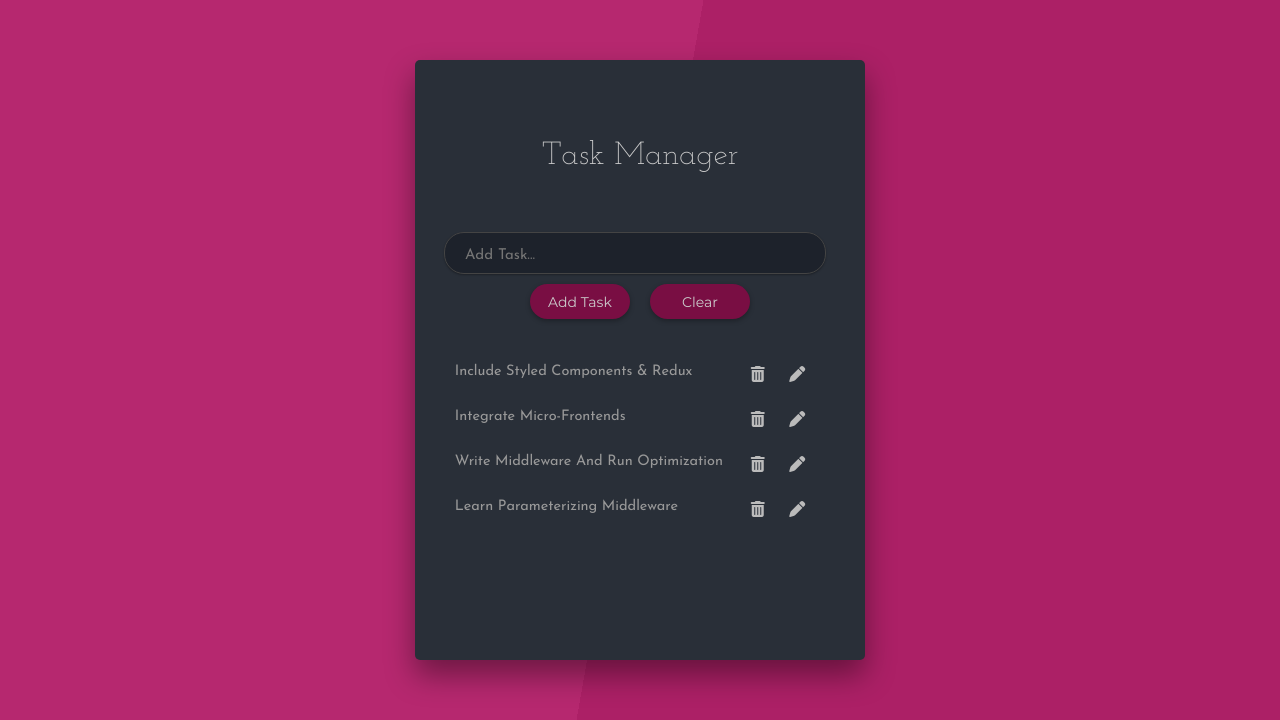
Repository: Kol124/react-task-manager
Page: /
The author's editor kept a copy of each file at every save. The page is drawn from the files as they stood at one save, then again after the next save.
The browser window is 1280 px wide. The pictures show the whole page.
Some web libraries are served in a nearby version. The project was rebuilt for these pictures with package versions that can differ from the ones it lists, and the page was loaded fresh each time.

Above is the page before, as saved 2021-06-21 18:58:21.

### public/index.html
<!DOCTYPE html>
<html lang="en">
  <head>
    <meta charset="utf-8" />
    <link rel="icon" href="%PUBLIC_URL%/favicon.ico" />
    <meta name="viewport" content="width=device-width, initial-scale=1" />
    <meta name="theme-color" content="#000000" />
    <meta
      name="description"
      content="Web site created using create-react-app"
    />
    <link rel="apple-touch-icon" href="%PUBLIC_URL%/logo192.png" />
    <!--
      manifest.json provides metadata used when your web app is installed on a
      user's mobile device or desktop. See https://developers.google.com/web/fundamentals/web-app-manifest/
    -->
    <link rel="manifest" href="%PUBLIC_URL%/manifest.json" />
    <!--
      Notice the use of %PUBLIC_URL% in the tags above.
      It will be replaced with the URL of the `public` folder during the build.
      Only files inside the `public` folder can be referenced from the HTML.

      Unlike "/favicon.ico" or "favicon.ico", "%PUBLIC_URL%/favicon.ico" will
      work correctly both with client-side routing and a non-root public URL.
      Learn how to configure a non-root public URL by running `npm run build`.
    -->
    <title>React App</title>
  </head>
  <body>
    <noscript>You need to enable JavaScript to run this app.</noscript>
    <div id="root"></div>
    <!--
      This HTML file is a template.
      If you open it directly in the browser, you will see an empty page.

      You can add webfonts, meta tags, or analytics to this file.
      The build step will place the bundled scripts into the <body> tag.

      To begin the development, run `npm start` or `yarn start`.
      To create a production bundle, use `npm run build` or `yarn build`.
    -->
  </body>
  <script
    src="https://kit.fontawesome.com/0a37ebcd2b.js"
    crossorigin="anonymous"
  ></script>
</html>

### src/App.js
import "./App.css";
import React from "react";
import Header from "./components/Header";
import TaskForm from "./components/TaskForm";
import TaskList from "./components/TaskList";
import TaskContextProvider from "./context/TaskContext";

function App() {
  return (
    <TaskContextProvider>
      <div className="container">
        <div className="app-wrapper">
          <Header />
          <div className="main">
            <TaskForm />
            <TaskList />
          </div>
        </div>
      </div>
    </TaskContextProvider>
  );
}

export default App;

### src/App.css
@import url("fonts.css");

* {
  margin: 0;
  padding: 0;
}

.container {
  background: linear-gradient(100deg, rgb(182, 40, 111) 50%, #ac2066 0);
  width: 100%;
  height: 100vh;
  display: flex;
  justify-content: center;
  align-items: center;
}

.app-wrapper {
  background-color: #292f38;
  width: 25%;
  min-width: 450px;
  height: 600px;
  padding: 30px;
  box-sizing: border-box;
  border-radius: 5px;
  box-shadow: 0 15px 30px rgba(0, 0, 0, 0.4);
}

.header h1 {
  color: #ccc;
  font-weight: 300;
  text-align: center;
  margin: 50px 20px 60px 20px;
  font-family: "Josefin Slab", serif;
}

.main {
  display: flex;
  flex-direction: column;
  align-items: space-between;
  margin-bottom: 50px;
  width: 100%;
}

.form {
  display: flex;
  flex-direction: column;
  justify-content: center;
  align-items: center;
  margin-bottom: 15px;
}

.list {
  width: 95%;
  margin: auto;
  max-height: 300px;
  overflow: hidden;
  overflow-y: auto;
}

/* width */
::-webkit-scrollbar {
  width: 10px;
}

/* Track */
::-webkit-scrollbar-track {
  border-radius: 10px;
  background-color: #aaa;
}

/* Handle */
::-webkit-scrollbar-thumb {
  background: #444;
  border-radius: 10px;
}

.task-input {
  width: 350px;
  min-width: 250px;
  padding: 15px 10px 10px 20px;
  margin-right: 10px;
  font-family: "Josefin Sans", serif;
  font-size: 15px;
  color: #ccc;
  background-color: #1d222b;
  border: 1px solid #444;
  outline: none;
  border-radius: 20px;
  box-shadow: 0 1px 2px rgba(0, 0, 0, 0.3);
}

.buttons {
  display: flex;
}

.btn {
  margin: 10px;
}

.add-task-btn {
  min-width: 100px;
  background-color: #790e43;
  color: #ccc;
  border: none;
  font-family: "Montserrat", sans-serif;
  font-size: 14px;
  border-radius: 20px;
  box-shadow: 0 2px 5px rgba(0, 0, 0, 0.3);
  outline: none;
  cursor: pointer;
}

.list-item {
  display: flex;
  justify-content: space-between;
  margin: 20px 0;
  padding-bottom: 5px;
}

.list-item span {
  font-family: "Josefin Sans", sans-serif;
  color: #999;
  font-size: 14.5px;
  text-transform: capitalize;
}

.task-btn {
  cursor: pointer;
  background-color: transparent;
  border: none;
  outline: none;
}

.btn-delete i {
  font-size: 16px;
  color: #bbb;
  margin-right: 20px;
}

.btn-edit i {
  font-size: 16px;
  color: #bbb;
  margin-right: 20px;
}

.clear-btn {
  width: 100px;
  height: 35px;
  background-color: #790e43;
  color: #ccc;
  border: none;
  font-family: "Montserrat", sans-serif;
  font-size: 14px;
  border-radius: 20px;
  box-shadow: 0 2px 5px rgba(0, 0, 0, 0.3);
  outline: none;
  cursor: pointer;
}

.no-tasks {
  color: #777;
  text-align: center;
  font-family: "Montserrat", sans-serif;
  margin-top: 20px;
  font-size: 18px;
}

### src/components/Header.js
import React from "react";

const Header = () => {
  return (
    <div className="header">
      <h1>Task Manager</h1>
    </div>
  );
};

export default Header;

### src/components/TaskForm.js
import React, { useState, useContext } from "react";
import { TaskContext } from "../context/TaskContext";

export default function TaskForm() {
  const { dispatch } = useContext(TaskContext);
  const [title, setTitle] = useState("");

  const handleSubmit = (e) => {
    e.preventDefault();
    dispatch({
      type: "ADD_TASK",
      task: {
        title,
      },
    });

    setTitle("");
  };

  const clearTasks = () => {
    dispatch({ type: "CLEAR_TASK" });
  };

  return (
    <form onSubmit={handleSubmit} className="form">
      <input
        type="text"
        placeholder="Add Task..."
        value={title}
        onChange={(e) => setTitle(e.target.value)}
        required
        className="task-input"
      />
      <div className="buttons">
        <button type="submit" className="btn add-task-btn">
          Add Task
        </button>
        <button className="btn clear-btn" onClick={clearTasks}>
          Clear
        </button>
      </div>
    </form>
  );
}

### src/components/TaskList.js
import React, { useContext } from "react";
import { TaskContext } from "../context/TaskContext";
import Task from "./Task";

export default function TaskList() {
  const { tasks } = useContext(TaskContext);

  return (
    <div>
      {tasks.length ? (
        <ul className="list">
          {tasks.map((task) => {
            return <Task task={task} key={task.id} />;
          })}
        </ul>
      ) : (
        <div className="no-tasks">No Tasks</div>
      )}
    </div>
  );
}

### src/context/TaskContext.js
import React, { createContext, useReducer, useEffect } from "react";
import TaskReducer from "../reducer/TaskReducer";

export const TaskContext = createContext();

export default function TaskContextProvider(props) {
  const [tasks, dispatch] = useReducer(TaskReducer, [
    { title: "Include styled components & redux", id: 1 },
    { title: "Integrate Micro-frontends", id: 2 },
    { title: "Write Middleware and run optimization", id: 3 },
    { title: "Learn Parameterizing middleware", id: 4 },
  ]);

  useEffect(() => {
    console.log(tasks);
  });

  return (
    <TaskContext.Provider value={{ tasks, dispatch }}>
      {props.children}
    </TaskContext.Provider>
  );
}

### src/fonts.css
/* josefin-sans-300 - latin */
@font-face {
  font-family: "Josefin Sans";
  font-style: normal;
  font-weight: 300;
  src: url("./fonts/josefin-sans-v17-latin-300.eot"); /* IE9 Compat Modes */
  src: local(""),
    url("./fonts/josefin-sans-v17-latin-300.eot?#iefix")
      format("embedded-opentype"),
    /* IE6-IE8 */ url("./fonts/josefin-sans-v17-latin-300.woff2")
      format("woff2"),
    /* Super Modern Browsers */ url("./fonts/josefin-sans-v17-latin-300.woff")
      format("woff"),
    /* Modern Browsers */ url("./fonts/josefin-sans-v17-latin-300.ttf")
      format("truetype"),
    /* Safari, Android, iOS */
      url("./fonts/josefin-sans-v17-latin-300.svg#JosefinSans") format("svg"); /* Legacy iOS */
}
/* josefin-sans-regular - latin */
@font-face {
  font-family: "Josefin Sans";
  font-style: normal;
  font-weight: 400;
  src: url("./fonts/josefin-sans-v17-latin-regular.eot"); /* IE9 Compat Modes */
  src: local(""),
    url("./fonts/josefin-sans-v17-latin-regular.eot?#iefix")
      format("embedded-opentype"),
    /* IE6-IE8 */ url("./fonts/josefin-sans-v17-latin-regular.woff2")
      format("woff2"),
    /* Super Modern Browsers */
      url("./fonts/josefin-sans-v17-latin-regular.woff") format("woff"),
    /* Modern Browsers */ url("./fonts/josefin-sans-v17-latin-regular.ttf")
      format("truetype"),
    /* Safari, Android, iOS */
      url("./fonts/josefin-sans-v17-latin-regular.svg#JosefinSans")
      format("svg"); /* Legacy iOS */
}
/* josefin-sans-600 - latin */
@font-face {
  font-family: "Josefin Sans";
  font-style: normal;
  font-weight: 600;
  src: url("./fonts/josefin-sans-v17-latin-600.eot"); /* IE9 Compat Modes */
  src: local(""),
    url("./fonts/josefin-sans-v17-latin-600.eot?#iefix")
      format("embedded-opentype"),
    /* IE6-IE8 */ url("./fonts/josefin-sans-v17-latin-600.woff2")
      format("woff2"),
    /* Super Modern Browsers */ url("./fonts/josefin-sans-v17-latin-600.woff")
      format("woff"),
    /* Modern Browsers */ url("./fonts/josefin-sans-v17-latin-600.ttf")
      format("truetype"),
    /* Safari, Android, iOS */
      url("./fonts/josefin-sans-v17-latin-600.svg#JosefinSans") format("svg"); /* Legacy iOS */
}
/* josefin-sans-700 - latin */
@font-face {
  font-family: "Josefin Sans";
  font-style: normal;
  font-weight: 700;
  src: url("./fonts/josefin-sans-v17-latin-700.eot"); /* IE9 Compat Modes */
  src: local(""),
    url("./fonts/josefin-sans-v17-latin-700.eot?#iefix")
      format("embedded-opentype"),
    /* IE6-IE8 */ url("./fonts/josefin-sans-v17-latin-700.woff2")
      format("woff2"),
    /* Super Modern Browsers */ url("./fonts/josefin-sans-v17-latin-700.woff")
      format("woff"),
    /* Modern Browsers */ url("./fonts/josefin-sans-v17-latin-700.ttf")
      format("truetype"),
    /* Safari, Android, iOS */
      url("./fonts/josefin-sans-v17-latin-700.svg#JosefinSans") format("svg"); /* Legacy iOS */
}

/* josefin-slab-300 - latin */
@font-face {
  font-family: "Josefin Slab";
  font-style: normal;
  font-weight: 300;
  src: url("./fonts/josefin-slab-v13-latin-300.eot"); /* IE9 Compat Modes */
  src: local(""),
    url("./fonts/josefin-slab-v13-latin-300.eot?#iefix")
      format("embedded-opentype"),
    /* IE6-IE8 */ url("./fonts/josefin-slab-v13-latin-300.woff2")
      format("woff2"),
    /* Super Modern Browsers */ url("./fonts/josefin-slab-v13-latin-300.woff")
      format("woff"),
    /* Modern Browsers */ url("./fonts/josefin-slab-v13-latin-300.ttf")
      format("truetype"),
    /* Safari, Android, iOS */
      url("./fonts/josefin-slab-v13-latin-300.svg#JosefinSlab") format("svg"); /* Legacy iOS */
}
/* josefin-slab-regular - latin */
@font-face {
  font-family: "Josefin Slab";
  font-style: normal;
  font-weight: 400;
  src: url("./fonts/josefin-slab-v13-latin-regular.eot"); /* IE9 Compat Modes */
  src: local(""),
    url("./fonts/josefin-slab-v13-latin-regular.eot?#iefix")
      format("embedded-opentype"),
    /* IE6-IE8 */ url("./fonts/josefin-slab-v13-latin-regular.woff2")
      format("woff2"),
    /* Super Modern Browsers */
      url("./fonts/josefin-slab-v13-latin-regular.woff") format("woff"),
    /* Modern Browsers */ url("./fonts/josefin-slab-v13-latin-regular.ttf")
      format("truetype"),
    /* Safari, Android, iOS */
      url("./fonts/josefin-slab-v13-latin-regular.svg#JosefinSlab")
      format("svg"); /* Legacy iOS */
}
/* josefin-slab-600 - latin */
@font-face {
  font-family: "Josefin Slab";
  font-style: normal;
  font-weight: 600;
  src: url("./fonts/josefin-slab-v13-latin-600.eot"); /* IE9 Compat Modes */
  src: local(""),
    url("./fonts/josefin-slab-v13-latin-600.eot?#iefix")
      format("embedded-opentype"),
    /* IE6-IE8 */ url("./fonts/josefin-slab-v13-latin-600.woff2")
      format("woff2"),
    /* Super Modern Browsers */ url("./fonts/josefin-slab-v13-latin-600.woff")
      format("woff"),
    /* Modern Browsers */ url("./fonts/josefin-slab-v13-latin-600.ttf")
      format("truetype"),
    /* Safari, Android, iOS */
      url("./fonts/josefin-slab-v13-latin-600.svg#JosefinSlab") format("svg"); /* Legacy iOS */
}
/* josefin-slab-700 - latin */
@font-face {
  font-family: "Josefin Slab";
  font-style: normal;
  font-weight: 700;
  src: url("./fonts/josefin-slab-v13-latin-700.eot"); /* IE9 Compat Modes */
  src: local(""),
    url("./fonts/josefin-slab-v13-latin-700.eot?#iefix")
      format("embedded-opentype"),
    /* IE6-IE8 */ url("./fonts/josefin-slab-v13-latin-700.woff2")
      format("woff2"),
    /* Super Modern Browsers */ url("./fonts/josefin-slab-v13-latin-700.woff")
      format("woff"),
    /* Modern Browsers */ url("./fonts/josefin-slab-v13-latin-700.ttf")
      format("truetype"),
    /* Safari, Android, iOS */
      url("./fonts/josefin-slab-v13-latin-700.svg#JosefinSlab") format("svg"); /* Legacy iOS */
}

/* montserrat-300 - latin */
@font-face {
  font-family: "Montserrat";
  font-style: normal;
  font-weight: 300;
  src: url("./fonts/montserrat-v15-latin-300.eot"); /* IE9 Compat Modes */
  src: local(""),
    url("./fonts/montserrat-v15-latin-300.eot?#iefix")
      format("embedded-opentype"),
    /* IE6-IE8 */ url("./fonts/montserrat-v15-latin-300.woff2") format("woff2"),
    /* Super Modern Browsers */ url("./fonts/montserrat-v15-latin-300.woff")
      format("woff"),
    /* Modern Browsers */ url("./fonts/montserrat-v15-latin-300.ttf")
      format("truetype"),
    /* Safari, Android, iOS */
      url("./fonts/montserrat-v15-latin-300.svg#Montserrat") format("svg"); /* Legacy iOS */
}
/* montserrat-regular - latin */
@font-face {
  font-family: "Montserrat";
  font-style: normal;
  font-weight: 400;
  src: url("./fonts/montserrat-v15-latin-regular.eot"); /* IE9 Compat Modes */
  src: local(""),
    url("./fonts/montserrat-v15-latin-regular.eot?#iefix")
      format("embedded-opentype"),
    /* IE6-IE8 */ url("./fonts/montserrat-v15-latin-regular.woff2")
      format("woff2"),
    /* Super Modern Browsers */ url("./fonts/montserrat-v15-latin-regular.woff")
      format("woff"),
    /* Modern Browsers */ url("./fonts/montserrat-v15-latin-regular.ttf")
      format("truetype"),
    /* Safari, Android, iOS */
      url("./fonts/montserrat-v15-latin-regular.svg#Montserrat") format("svg"); /* Legacy iOS */
}
/* montserrat-500 - latin */
@font-face {
  font-family: "Montserrat";
  font-style: normal;
  font-weight: 500;
  src: url("./fonts/montserrat-v15-latin-500.eot"); /* IE9 Compat Modes */
  src: local(""),
    url("./fonts/montserrat-v15-latin-500.eot?#iefix")
      format("embedded-opentype"),
    /* IE6-IE8 */ url("./fonts/montserrat-v15-latin-500.woff2") format("woff2"),
    /* Super Modern Browsers */ url("./fonts/montserrat-v15-latin-500.woff")
      format("woff"),
    /* Modern Browsers */ url("./fonts/montserrat-v15-latin-500.ttf")
      format("truetype"),
    /* Safari, Android, iOS */
      url("./fonts/montserrat-v15-latin-500.svg#Montserrat") format("svg"); /* Legacy iOS */
}

### src/components/Task.js
import React, { useContext } from "react";
import { TaskContext } from "../context/TaskContext";

export default function Task({ task }) {
  const { dispatch } = useContext(TaskContext);

  return (
    <li className="list-item">
      <span>{task.title}</span>
      <div>
        <button
          className="btn-delete task-btn"
          onClick={() =>
            dispatch({ type: "REMOVE_TASK", task: { id: task.id } })
          }
        >
          <i className="fas fa-trash-alt"></i>
        </button>{" "}
        <button
          className="btn-edit task-btn"
          onClick={() => dispatch({ type: "EDIT_TASK", task: { id: task.id } })}
        >
          <i className="fas fa-pen"></i>
        </button>
      </div>
    </li>
  );
}

### src/reducer/TaskReducer.js
export default function TaskReducer(state, action) {
  switch (action.type) {
    case "ADD_TASK":
      return [
        ...state,
        {
          title: action.task.title,
          id: Math.random().toString(),
        },
      ];

    case "REMOVE_TASK":
      return state.filter((task) => task.id !== action.task.id);

    // case "EDIT_TASK":
    //   return state.filter((task) => task.id !== action.task.id);

    case "CLEAR_TASK":
      return state.splice(0, state.length);

    default:
      return state;
  }
}

Loaded but not shown: src/index.js (common file); src/index.css (common file); src/reportWebVitals.js (common file)

After the next save:
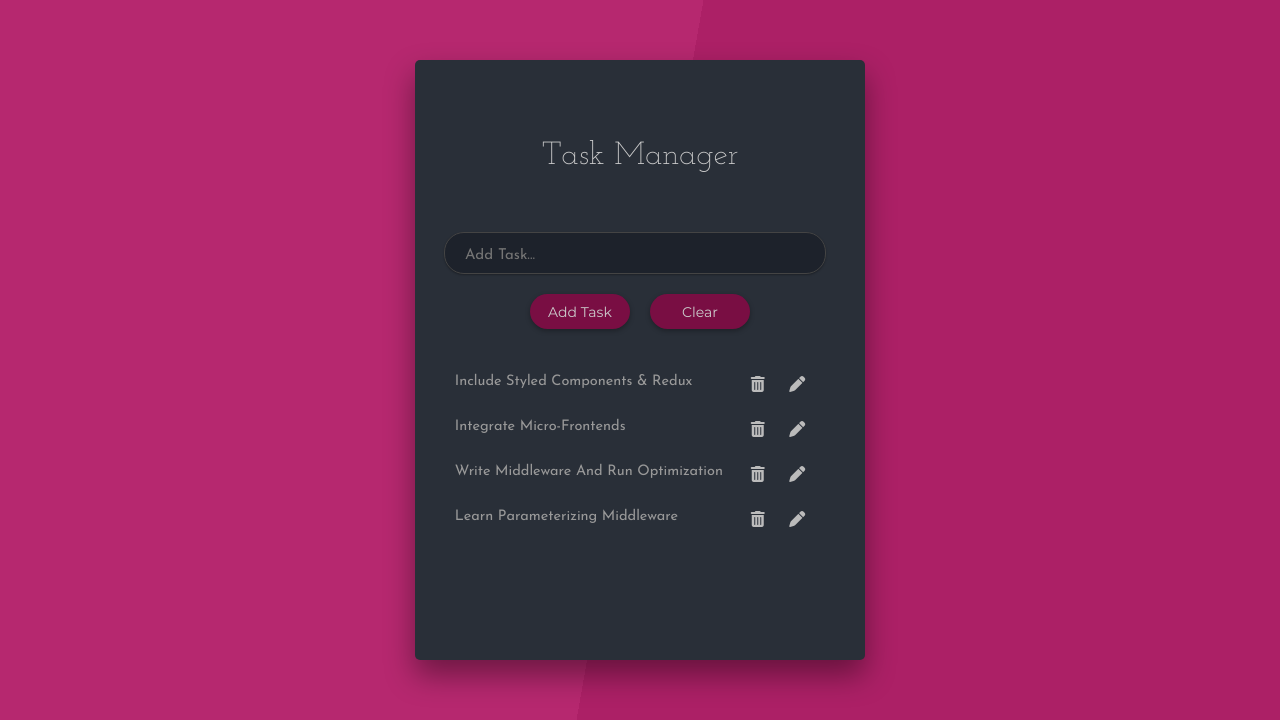
Saved 21 s later.
--- a/src/App.css
+++ b/src/App.css
@@ -78,7 +78,7 @@
   width: 350px;
   min-width: 250px;
   padding: 15px 10px 10px 20px;
-  margin-right: 10px;
+  margin: 0 10px 10px 0;
   font-family: "Josefin Sans", serif;
   font-size: 15px;
   color: #ccc;
